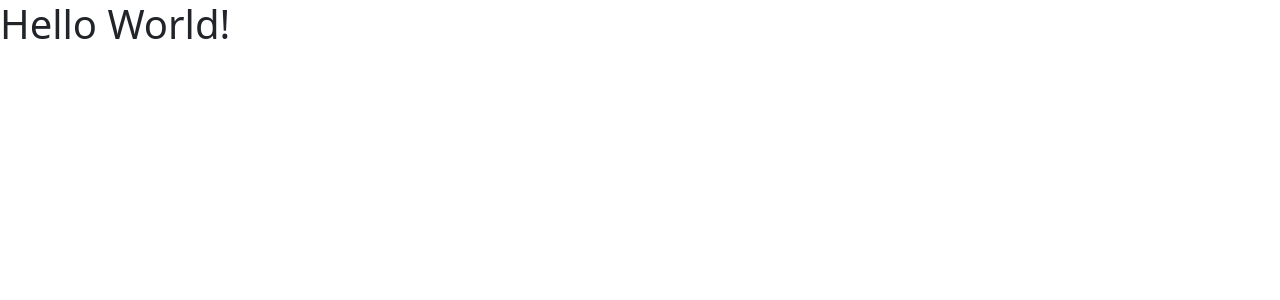
Repository: annferracane/phase-0-personal-website
Page: index.html
These files come from the project's save history. The page is drawn as it stood at one moment and after a run of saves; the edit follows.
The browser window is 1280 px wide. The pictures show the whole page.

Above is the page before, as saved 2022-11-13 15:17:32.

### index.html

<!DOCTYPE html>
<html lang="en">
    <head>
        <meta charset="utf-8">
        <meta name="viewport" content="width=device-width, initial-scale=1">
        <link href="https://cdn.jsdelivr.net/npm/bootstrap@5.2.2/dist/css/bootstrap.min.css" rel="stylesheet" integrity="sha384-Zenh87qX5JnK2Jl0vWa8Ck2rdkQ2Bzep5IDxbcnCeuOxjzrPF/et3URy9Bv1WTRi" crossorigin="anonymous">
        <!--<link rel="stylesheet" href="./style.css" />-->
        <title>Ann Sample Personal Website</title>
    </head>
    <body>
        <h1>Hello World!</h1>
        <!--<script src="script.js"></script>-->
        <script src="https://cdn.jsdelivr.net/npm/bootstrap@5.2.2/dist/js/bootstrap.bundle.min.js" integrity="sha384-OERcA2EqjJCMA+/3y+gxIOqMEjwtxJY7qPCqsdltbNJuaOe923+mo//f6V8Qbsw3" crossorigin="anonymous"></script>
        <script src="https://cdn.jsdelivr.net/npm/@popperjs/core@2.11.6/dist/umd/popper.min.js" integrity="sha384-oBqDVmMz9ATKxIep9tiCxS/Z9fNfEXiDAYTujMAeBAsjFuCZSmKbSSUnQlmh/jp3" crossorigin="anonymous"></script>
        <script src="https://cdn.jsdelivr.net/npm/bootstrap@5.2.2/dist/js/bootstrap.min.js" integrity="sha384-IDwe1+LCz02ROU9k972gdyvl+AESN10+x7tBKgc9I5HFtuNz0wWnPclzo6p9vxnk" crossorigin="anonymous"></script>
    </body>
</html>

After the next 2 saves:
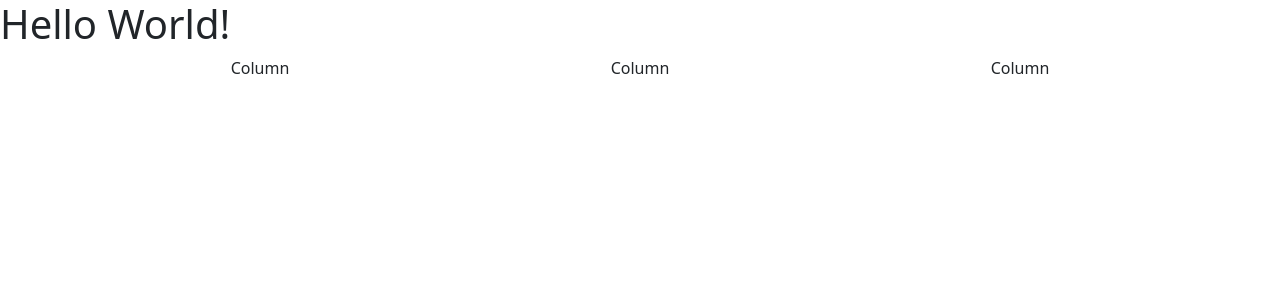
The 2 saves are shown as one change because they came seconds apart.
The last was saved 93 s later.
--- a/index.html
+++ b/index.html
@@ -14,5 +14,18 @@
         <script src="https://cdn.jsdelivr.net/npm/bootstrap@5.2.2/dist/js/bootstrap.bundle.min.js" integrity="sha384-OERcA2EqjJCMA+/3y+gxIOqMEjwtxJY7qPCqsdltbNJuaOe923+mo//f6V8Qbsw3" crossorigin="anonymous"></script>
         <script src="https://cdn.jsdelivr.net/npm/@popperjs/core@2.11.6/dist/umd/popper.min.js" integrity="sha384-oBqDVmMz9ATKxIep9tiCxS/Z9fNfEXiDAYTujMAeBAsjFuCZSmKbSSUnQlmh/jp3" crossorigin="anonymous"></script>
         <script src="https://cdn.jsdelivr.net/npm/bootstrap@5.2.2/dist/js/bootstrap.min.js" integrity="sha384-IDwe1+LCz02ROU9k972gdyvl+AESN10+x7tBKgc9I5HFtuNz0wWnPclzo6p9vxnk" crossorigin="anonymous"></script>
+        <div class="container text-center">
+            <div class="row">
+              <div class="col">
+                Column
+              </div>
+              <div class="col">
+                Column
+              </div>
+              <div class="col">
+                Column
+              </div>
+            </div>
+        </div>
     </body>
 </html>
